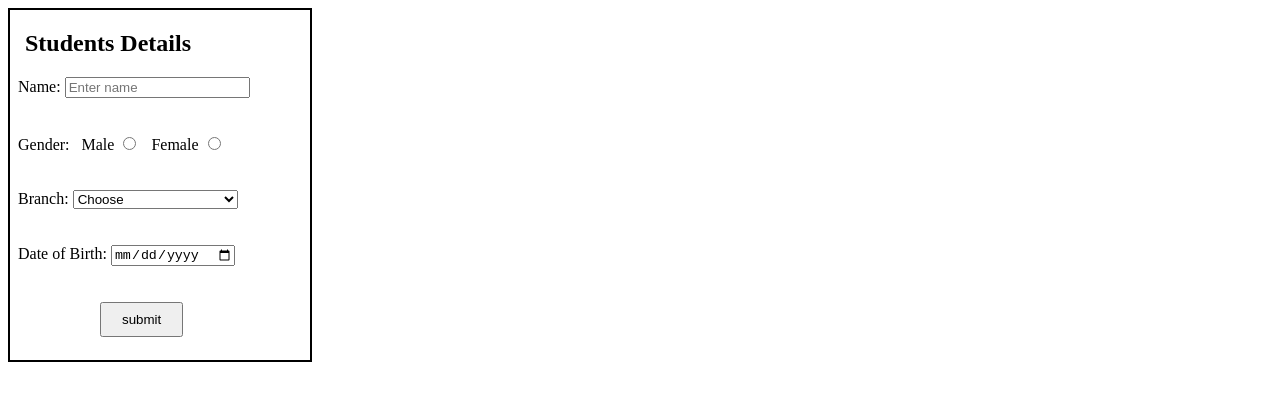
Repository: netravatih-paycorp/Assignments
Page: http://localhost/SpringMvc/home.jsp
An editor plug-in stored every save of this project. The page is shown before and after the next save, followed by the edit.
The browser window is 1280 px wide. The pictures show the whole page.
The page is served by Tomcat 10.

Above is the page before, as saved 2023-07-21 04:36:57.

After the next save:
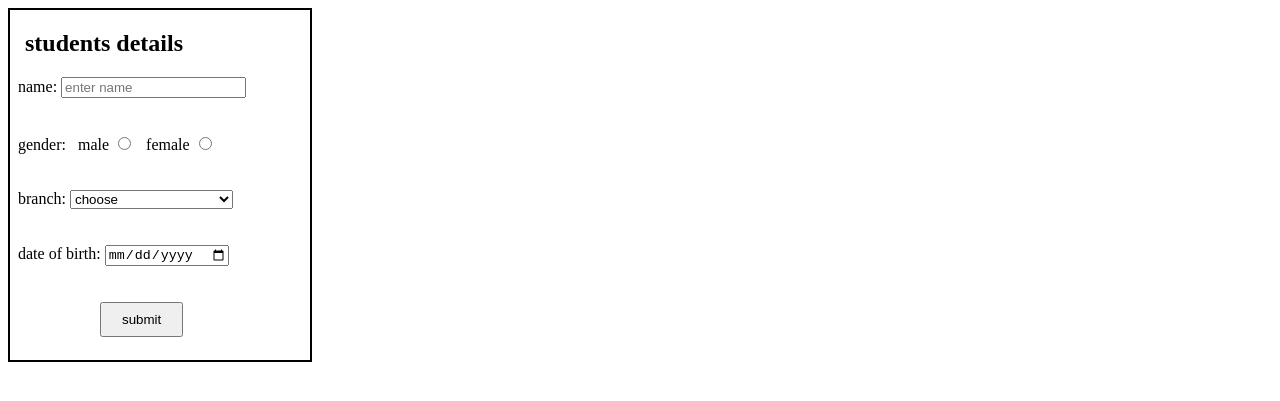
Saved 9 min 48 s later.
--- a/SpringMvc/src/main/webapp/home.jsp
+++ b/SpringMvc/src/main/webapp/home.jsp
@@ -46,38 +46,38 @@ button
 
 <body>
 <div class="h">
-    <form action="save" method="post" id="saveForm" >
-                 <h2 style="margin-left:15px;"> Students Details</h2>
+    <form action="save" method="post" id="saveform" >
+                 <h2 style="margin-left:15px;"> students details</h2>
 
-	<label>Name:</label>
-    <input type="text" name="name" placeholder="Enter name">
+	<label>name:</label>
+    <input type="text" name="name" placeholder="enter name">
 		<br>
 		<br><br>
 
-		<label>Gender:</label>
-		<label>Male</label>	<input type="radio" name="gender" value="male">
-		<label>Female</label>	<input type="radio" name="gender" value="female">
+		<label>gender:</label>
+		<label>male</label>	<input type="radio" name="gender" value="male">
+		<label>female</label>	<input type="radio" name="gender" value="female">
 		 <br>
 		 <br><br>
 
-		 <label>Branch:</label>
+		 <label>branch:</label>
 		 <select  name="branch" >
-		   <option> Choose </option>
-           <option>Computer Science</option>
-           <option>Electrical Engineering</option>
-           <option >Mechanical Engineering</option>
-           <option>Civil Engineering</option>
-           <option>E&C Engineering</option>
+		   <option> choose </option>
+           <option>computer science</option>
+           <option>electrical engineering</option>
+           <option >mechanical engineering</option>
+           <option>civil engineering</option>
+           <option>e&c engineering</option>
            </select>
        <br>
        <br><br>
 
-       <label>Date of Birth:</label>
-		 <input type="date" id="DOB" name="DOB" >
+       <label>date of birth:</label>
+		 <input type="date" id="dob" name="dob" >
         <br>
         <br><br>
 
-		<button onClick="validateDate()" type="button">submit</button>
+		<button onclick="validatedate()" type="button">submit</button>
 	</form>
 
 	</div>
